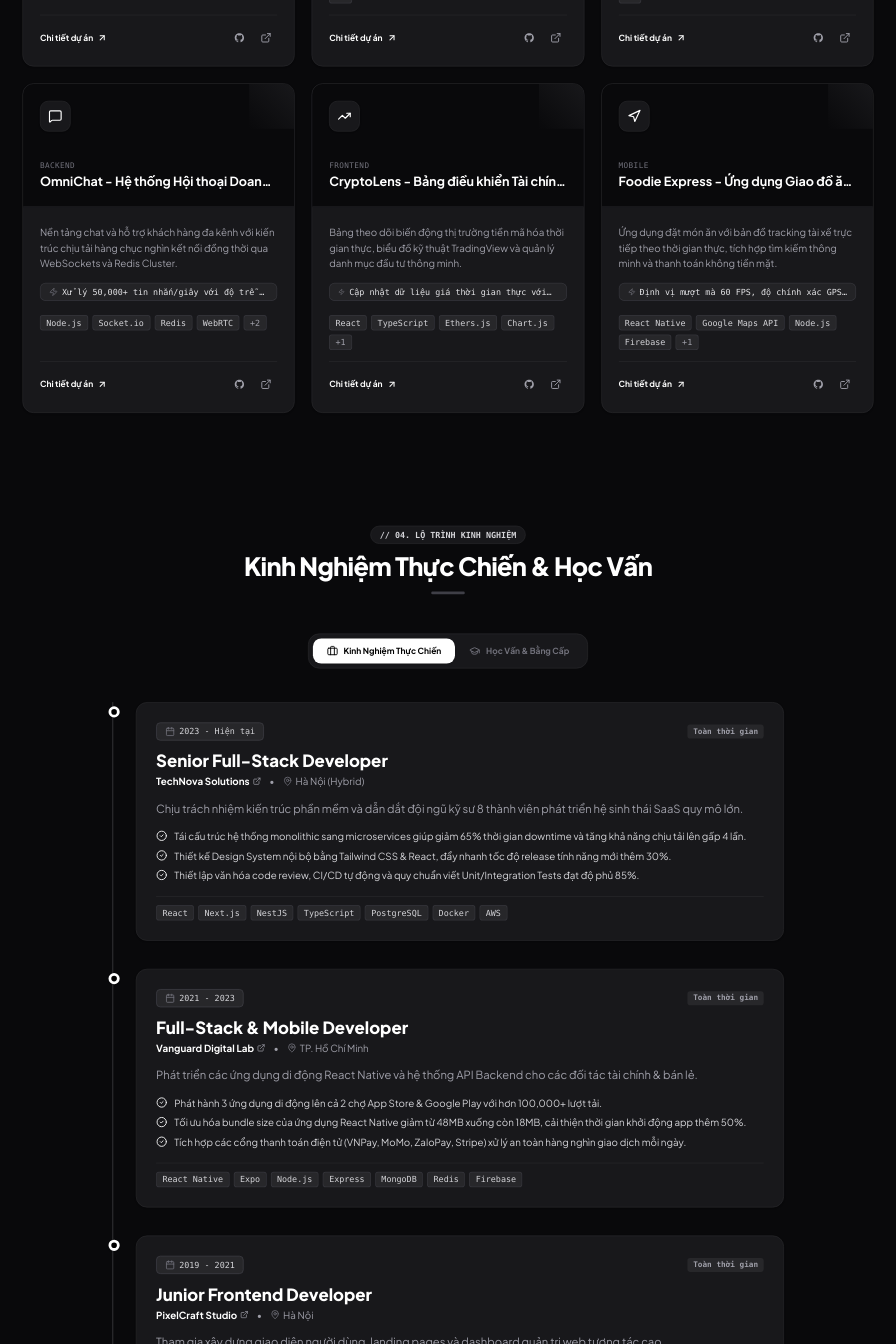
Repository: vancuong2k4/portfolio
Page: /
An editor plug-in stored every save of this project. The page is shown before and after the next save, followed by the edit.
The browser window is 1280 px wide. The pictures show the part of the page from y = 4580 to 6500 px (the page is 8966 px tall), at 70% of full size.
The project was rebuilt for these pictures with package versions that can differ from the ones it lists, and the page was loaded fresh each time. Also part of the build but not shown: vite.config.ts, src/components/ProjectModal.tsx.

Above is the page before, as saved 2026-10-20 00:39:43.

### index.html
<!doctype html>
<html lang="vi" class="dark scroll-smooth">
  <head>
    <meta charset="UTF-8" />
    <link
      rel="icon"
      type="image/svg+xml"
      href="data:[embedded picture, 297 characters]"
    />
    <meta name="viewport" content="width=device-width, initial-scale=1.0" />

    <!-- Primary Meta Tags -->
    <title>TranVanCuong | Full-Stack & Mobile Developer</title>
    <meta
      name="title"
      content="Nguyễn Văn An (Alex) | Senior Full-Stack & Mobile Developer"
    />
    <meta
      name="description"
      content="Portfolio chuyên nghiệp của Nguyễn Văn An (Alex) - Kỹ sư Full-Stack & Mobile chuyên sâu React 19, Next.js 15, React Native, Node.js, NestJS và Cloud Architecture."
    />
    <meta
      name="keywords"
      content="Portfolio, Full-stack developer, React, React Native, Next.js, Node.js, Mobile Developer, Frontend, Backend, lập trình viên"
    />
    <meta name="author" content="Nguyễn Văn An" />

    <!-- Open Graph / Facebook / Zalo -->
    <meta property="og:type" content="website" />
    <meta
      property="og:title"
      content="Nguyễn Văn An (Alex) | Senior Full-Stack & Mobile Developer"
    />
    <meta
      property="og:description"
      content="Khám phá các sản phẩm Web & Mobile hiệu năng cao, các giải pháp SaaS và kinh nghiệm thực chiến."
    />

    <!-- Twitter -->
    <meta property="twitter:card" content="summary_large_image" />
    <meta
      property="twitter:title"
      content="Nguyễn Văn An (Alex) | Senior Full-Stack & Mobile Developer"
    />
    <meta
      property="twitter:description"
      content="Khám phá các sản phẩm Web & Mobile hiệu năng cao, các giải pháp SaaS và kinh nghiệm thực chiến."
    />

    <!-- Google Fonts Preconnect -->
    <link rel="preconnect" href="https://fonts.googleapis.com" />
    <link rel="preconnect" href="https://fonts.gstatic.com" crossorigin />
    <link
      href="https://fonts.googleapis.com/css2?family=Plus+Jakarta+Sans:wght@300;400;500;600;700;800&family=JetBrains+Mono:wght@400;500;600;700&display=swap"
      rel="stylesheet"
    />
  </head>
  <body
    class="bg-white dark:bg-[#09090b] text-zinc-900 dark:text-zinc-100 antialiased selection:bg-black selection:text-white dark:selection:bg-white dark:selection:text-black"
  >
    <div id="root"></div>
    <script type="module" src="/src/main.tsx"></script>
  </body>
</html>

### src/data/portfolioData.ts
import type { Profile, Skill, Project, Experience, Education, Certificate, Testimonial } from '../types'

export const profileData: Profile = {
  name: "Trần Văn Cường",
  nickname: "vancuong2k4",
  avatarUrl: "/avatar.jpg",
  role: "Full-Stack & Mobile Developer",
  titles: [
    "Full-Stack Web Architect",
    "React & React Native Specialist",
    "Node.js & Cloud Engineer",
    "Cross-Platform Mobile Creator",
    "Clean Code & UI/UX Enthusiast"
  ],
  shortBio: "Xây dựng các sản phẩm web & ứng dụng di động hiệu năng cao, trải nghiệm mượt mà từ ý tưởng đến quy mô hàng triệu người dùng.",
  aboutParagraphs: [
    "Tôi là một lập trình viên Full-Stack với hơn 1 năm kinh nghiệm thực chiến trong việc thiết kế, xây dựng và tối ưu các hệ sinh thái ứng dụng web và di động hiện đại.",
    "Thế mạnh của tôi nằm ở sự kết hợp giữa tư duy sản phẩm nhạy bén, kiến trúc backend chịu tải cao (Node.js/PostgreSQL/Docker) và kỹ năng frontend/mobile tỉ mỉ (React, Next.js, React Native, Tailwind CSS, TypeScript).",
    "Tôi luôn theo đuổi phương châm: Code sạch, kiến trúc dễ mở rộng, và tối đa hóa trải nghiệm của người dùng cuối."
  ],
  status: "Sẵn sàng đón nhận cơ hội mới (Full-time / Freelance)",
  location: "TP. Hồ Chí Minh (Hỗ trợ Remote)",
  email: "cuongtran190404@gmail.com",
  phone: "+84 326 570 425",
  github: "https://github.com/vancuong2k4",
  linkedin: "https://linkedin.com/in/tranvancuong",
  telegram: "https://t.me/vancuong",
  cvUrl: "#resume",
  stats: {
    yearsExperience: 1,
    projectsCompleted: 20,
    technologiesMastered: 14,
    commitsLastYear: 222
  }
}

export const skillsData: Skill[] = [
  // Frontend
  { name: "React", category: "frontend", iconName: "Atom", level: 95, highlight: true, description: "Hooks, Server Components, State Management" },
  { name: "Next.js", category: "frontend", iconName: "Globe", level: 92, highlight: true, description: "SSR, SSG, SEO, Edge Runtime" },
  { name: "TypeScript", category: "frontend", iconName: "FileCode", level: 94, highlight: true, description: "Type Safety, Generics, OOP & Functional" },
  { name: "Tailwind CSS", category: "frontend", iconName: "Palette", level: 96, highlight: true, description: "Responsive, Modern UI, Custom Design System" },
  { name: "Vue.js / Nuxt", category: "frontend", iconName: "Layers", level: 82, description: "Composition API, Pinia, Component Architecture" },
  { name: "Framer Motion", category: "frontend", iconName: "Sparkles", level: 88, description: "Interactive Animations, Micro-interactions" },

  // Mobile
  { name: "React Native", category: "mobile", iconName: "Smartphone", level: 92, highlight: true, description: "Expo, Bare Workflow, Native Modules, Animations" },
  { name: "Flutter / Dart", category: "mobile", iconName: "Zap", level: 80, description: "Cross-platform Mobile, Riverpod, BLoC" },
  { name: "iOS & Android Build", category: "mobile", iconName: "Cpu", level: 84, description: "App Store, Google Play, Fastlane CI/CD" },

  // Backend
  { name: "Node.js & Express", category: "backend", iconName: "Server", level: 93, highlight: true, description: "Event Loop, RESTful API, Microservices" },
  { name: "NestJS", category: "backend", iconName: "ShieldCheck", level: 88, highlight: true, description: "Enterprise Architecture, Dependency Injection" },
  { name: "Python / FastAPI", category: "backend", iconName: "Terminal", level: 82, description: "High-speed APIs, Data Processing, AI Integration" },
  { name: "GraphQL & REST", category: "backend", iconName: "Network", level: 89, description: "Apollo Server, Schema Design, Rate Limiting" },
  { name: "WebSockets / Socket.io", category: "backend", iconName: "Radio", level: 90, description: "Realtime Chat, Live Notification, Streaming" },

  // Database
  { name: "PostgreSQL", category: "database", iconName: "Database", level: 90, highlight: true, description: "Indexing, Query Optimization, Prisma / TypeORM" },
  { name: "MongoDB", category: "database", iconName: "FolderGit2", level: 88, description: "NoSQL Modeling, Aggregation Pipelines" },
  { name: "Redis", category: "database", iconName: "Flame", level: 86, description: "In-memory Caching, Pub/Sub, Session Store" },
  { name: "Supabase & Firebase", category: "database", iconName: "CloudSun", level: 90, description: "Auth, Realtime DB, Storage, Edge Functions" },

  // DevOps & Tools
  { name: "Docker & Container", category: "devops", iconName: "Box", level: 87, highlight: true, description: "Multi-stage builds, Docker Compose, Microservices" },
  { name: "Git & GitHub Actions", category: "devops", iconName: "GitBranch", level: 94, description: "CI/CD Pipelines, Automated Testing, Branching Strategy" },
  { name: "AWS & Cloudflare", category: "devops", iconName: "Cloud", level: 84, description: "S3, EC2, CloudFront, Lambda, Edge Workers" },
  { name: "Linux / Nginx", category: "devops", iconName: "Terminal", level: 85, description: "Server Configuration, Reverse Proxy, SSL" }
]

export const projectsData: Project[] = [
  {
    id: "zenith-saas",
    title: "Zenith Cloud - Nền tảng Quản trị Doanh nghiệp AI",
    category: "fullstack",
    subtitle: "SaaS Platform với AI Analytics & Real-time Collaboration",
    description: "Hệ thống quản lý công việc và tự động hóa quy trình cho đội ngũ với trợ lý ảo AI và bảng điều khiển trực quan thời gian thực.",
    fullDescription: "Zenith Cloud là nền tảng quản trị công việc toàn diện theo kiến trúc Micro-frontend kết hợp Backend NestJS và PostgreSQL. Tích hợp AI phân tích năng suất, realtime collaborative board qua WebSocket và thanh toán Stripe đa tiền tệ.",
    tags: ["React", "Next.js", "NestJS", "PostgreSQL", "Tailwind CSS", "OpenAI API", "Docker"],
    metrics: "Tăng 45% năng suất đội ngũ, hỗ trợ 10,000+ active users",
    liveUrl: "https://example.com/demo-zenith",
    githubUrl: "https://github.com/your-username/zenith-cloud",
    featured: true,
    gradient: "from-blue-600 via-indigo-600 to-violet-600",
    iconName: "LayoutDashboard",
    features: [
      "Bảng điều khiển Kanban thời gian thực với drag-and-drop mượt mà",
      "Trợ lý AI tự động tóm tắt cuộc họp và phân công nhiệm vụ",
      "Hệ thống phân quyền RBAC đa cấp độ (Admin, Manager, Member)",
      "Tích hợp cổng thanh toán Stripe và webhook tự động kích hoạt tài khoản"
    ],
    architecture: [
      "Frontend: Next.js App Router, Tailwind CSS, Zustand, Shadcn UI",
      "Backend: NestJS microservices, RabbitMQ message broker",
      "Database: PostgreSQL with Prisma ORM, Redis for caching & rate limiting",
      "DevOps: Docker containers, deployed on AWS ECS with GitHub Actions CI/CD"
    ]
  },
  {
    id: "fitpulse-mobile",
    title: "FitPulse - Ứng dụng Huấn luyện Thể thao Thông minh",
    category: "mobile",
    subtitle: "React Native & AI Computer Vision Fitness Tracker",
    description: "Ứng dụng di động theo dõi lộ trình tập luyện cá nhân hóa, nhận diện động tác tập luyện qua camera và đồng bộ Apple Health / Google Fit.",
    fullDescription: "FitPulse là ứng dụng di động đa nền tảng (iOS & Android) được xây dựng bằng React Native. Ứng dụng cung cấp bài tập cá nhân hóa dựa trên AI, theo dõi nhịp tim qua kết nối BLE (Bluetooth Low Energy) và cộng đồng giao lưu xã hội.",
    tags: ["React Native", "Expo", "TypeScript", "Node.js", "Supabase", "HealthKit"],
    metrics: "4.8★ trên App Store với hơn 25,000+ lượt tải",
    liveUrl: "https://example.com/demo-fitpulse",
    githubUrl: "https://github.com/your-username/fitpulse-mobile",
    featured: true,
    gradient: "from-emerald-500 via-teal-600 to-cyan-600",
    iconName: "Activity",
    features: [
      "Hơn 300+ bài tập hoạt họa 3D chất lượng cao với hướng dẫn chi tiết",
      "Đồng bộ hai chiều với Apple HealthKit và Google Health Connect",
      "Chế độ ngoại tuyến (Offline-first) với WatermelonDB",
      "Bảng xếp hạng bạn bè và thông báo đẩy (Push Notifications) giữ lửa tập luyện"
    ],
    architecture: [
      "Client: React Native (Expo SDK 52), Reanimated 3, Redux Toolkit",
      "Backend: Node.js serverless functions trên Supabase Edge",
      "Storage: Supabase PostgreSQL & S3 media storage",
      "Notifications: OneSignal push notification integration"
    ]
  },
  {
    id: "nova-ecommerce",
    title: "Nova Fashion - Sàn Thương mại Điện tử Đa kênh",
    category: "fullstack",
    subtitle: "Headless E-Commerce Siêu Tốc Độ & Trải nghiệm Mua sắm 3D",
    description: "Sàn thương mại điện tử thời trang với công nghệ Headless Commerce, tốc độ load dưới 0.8s, tích hợp thử đồ AR và thanh toán VNPay, MoMo.",
    fullDescription: "Giải pháp thương mại điện tử thế hệ mới giải quyết bài toán tải trang chậm của các shop online truyền thống. Điểm số Google Lighthouse đạt 99/100, hỗ trợ tìm kiếm ngữ nghĩa thông minh và giỏ hàng thời gian thực.",
    tags: ["Next.js", "TypeScript", "Tailwind CSS", "Redis", "VNPay / MoMo API", "Stripe"],
    metrics: "Tốc độ tải trang 0.8s, tỉ lệ chuyển đổi tăng 32%",
    liveUrl: "https://example.com/demo-nova",
    githubUrl: "https://github.com/your-username/nova-ecommerce",
    featured: true,
    gradient: "from-amber-500 via-orange-600 to-rose-600",
    iconName: "ShoppingBag",
    features: [
      "Tối ưu Core Web Vitals tối đa, hỗ trợ Incremental Static Regeneration (ISR)",
      "Tích hợp cổng thanh toán nội địa (VNPay, MoMo) & quốc tế (Stripe, PayPal)",
      "Bộ lọc sản phẩm đa tiêu chí tức thì (Faceted search) không giật lag",
      "Hệ thống quản lý kho hàng và đồng bộ đơn hàng tự động"
    ],
    architecture: [
      "Frontend: Next.js 14, Tailwind CSS, Framer Motion",
      "Backend: Node.js / Express micro-api, Redis Cache",
      "Database: MongoDB with Mongoose, MeiliSearch for lightning search"
    ]
  },
  {
    id: "omnichat-realtime",
    title: "OmniChat - Hệ thống Hội thoại Doanh nghiệp Realtime",
    category: "backend",
    subtitle: "High-concurrency Real-time Chat Engine",
    description: "Nền tảng chat và hỗ trợ khách hàng đa kênh với kiến trúc chịu tải hàng chục nghìn kết nối đồng thời qua WebSockets và Redis Cluster.",
    fullDescription: "OmniChat cung cấp giải pháp liên lạc nội bộ và CSKH cho các tổ chức. Hệ thống mã hóa đầu cuối (E2EE), chia sẻ tập tin tức thì, cuộc gọi thoại WebRTC và bot tự động phản hồi 24/7.",
    tags: ["Node.js", "Socket.io", "Redis", "WebRTC", "PostgreSQL", "Docker"],
    metrics: "Xử lý 50,000+ tin nhắn/giây với độ trễ < 30ms",
    liveUrl: "https://example.com/demo-omnichat",
    githubUrl: "https://github.com/your-username/omnichat-engine",
    featured: false,
    gradient: "from-cyan-500 via-blue-600 to-indigo-700",
    iconName: "MessageSquare",
    features: [
      "Kết nối liên tục hai chiều với cơ chế tự phục hồi kết nối (Auto reconnect)",
      "Hỗ trợ cuộc gọi video / audio chất lượng cao qua WebRTC P2P",
      "Mã hóa tin nhắn End-to-End Encryption (E2EE)",
      "Lưu trữ lịch sử chat phân trang vô tận (Infinite scrolling)"
    ],
    architecture: [
      "Socket Server: Node.js Cluster with Socket.io Redis Adapter",
      "Database: ScyllaDB / PostgreSQL for message persistence",
      "Media: AWS S3 + CloudFront CDN for encrypted attachments"
    ]
  },
  {
    id: "crypto-lens",
    title: "CryptoLens - Bảng điều khiển Tài chính Web3 & DEX",
    category: "frontend",
    subtitle: "Interactive Crypto Analytics & Portfolio Dashboard",
    description: "Bảng theo dõi biến động thị trường tiền mã hóa thời gian thực, biểu đồ kỹ thuật TradingView và quản lý danh mục đầu tư thông minh.",
    fullDescription: "Ứng dụng web hiển thị dữ liệu tài chính trực quan với đồ thị tương tác cao. Kết nối ví Web3 (Metamask, Phantom) để theo dõi số dư ví on-chain và cảnh báo biến động giá qua Telegram bot.",
    tags: ["React", "TypeScript", "Ethers.js", "Chart.js", "Tailwind CSS"],
    metrics: "Cập nhật dữ liệu giá thời gian thực với hơn 15 sàn giao dịch",
    liveUrl: "https://example.com/demo-cryptolens",
    githubUrl: "https://github.com/your-username/crypto-lens",
    featured: false,
    gradient: "from-purple-600 via-pink-600 to-red-500",
    iconName: "TrendingUp",
    features: [
      "Biểu đồ hình nến tương tác đầy đủ chỉ báo (RSI, MACD, MA)",
      "Kết nối ví Web3 đa chuỗi (Ethereum, BSC, Solana, Polygon)",
      "Tính toán lãi/lỗ (P&L) tự động theo thời gian thực",
      "Giao diện Dark Mode chuẩn tài chính hiện đại"
    ],
    architecture: [
      "Frontend: React with Vite, Tailwind CSS, Lucide Icons",
      "Data Feed: Binance WebSocket Streams & CoinGecko API"
    ]
  },
  {
    id: "foodie-delivery",
    title: "Foodie Express - Ứng dụng Giao đồ ăn & Định vị Trực tiếp",
    category: "mobile",
    subtitle: "React Native Food Delivery App with Live Driver GPS",
    description: "Ứng dụng đặt món ăn với bản đồ tracking tài xế trực tiếp theo thời gian thực, tích hợp tìm kiếm thông minh và thanh toán không tiền mặt.",
    fullDescription: "Hệ thống bao gồm ứng dụng cho khách hàng và ứng dụng cho tài xế. Tối ưu hóa thuật toán định vị GPS để tiết kiệm pin tối đa, cập nhật lộ trình di chuyển mượt mà trên bản đồ Google Maps.",
    tags: ["React Native", "Google Maps API", "Node.js", "Firebase", "Redux"],
    metrics: "Định vị mượt mà 60 FPS, độ chính xác GPS sai số < 5m",
    liveUrl: "https://example.com/demo-foodie",
    githubUrl: "https://github.com/your-username/foodie-express",
    featured: false,
    gradient: "from-yellow-500 via-amber-600 to-red-600",
    iconName: "Navigation",
    features: [
      "Bản đồ tương tác với icon tài xế di chuyển mượt mà theo góc xoay",
      "Hệ thống gợi ý món ăn theo vị trí và thói quen sở thích",
      "Thông báo trạng thái đơn hàng: Đang chuẩn bị -> Đang giao -> Đã tới nơi",
      "Đánh giá và tip tài xế tiện lợi"
    ],
    architecture: [
      "Mobile: React Native, React Native Maps, Reanimated",
      "Backend: Firebase Cloud Functions & Firestore Realtime DB"
    ]
  }
]

export const experiencesData: Experience[] = [
  {
    id: "exp-1",
    period: "2023 - Hiện tại",
    role: "Senior Full-Stack Developer",
    company: "TechNova Solutions",
    companyUrl: "https://example.com",
    location: "Hà Nội (Hybrid)",
    type: "Toàn thời gian",
    description: "Chịu trách nhiệm kiến trúc phần mềm và dẫn dắt đội ngũ kỹ sư 8 thành viên phát triển hệ sinh thái SaaS quy mô lớn.",
    achievements: [
      "Tái cấu trúc hệ thống monolithic sang microservices giúp giảm 65% thời gian downtime và tăng khả năng chịu tải lên gấp 4 lần.",
      "Thiết kế Design System nội bộ bằng Tailwind CSS & React, đẩy nhanh tốc độ release tính năng mới thêm 30%.",
      "Thiết lập văn hóa code review, CI/CD tự động và quy chuẩn viết Unit/Integration Tests đạt độ phủ 85%."
    ],
    technologies: ["React", "Next.js", "NestJS", "TypeScript", "PostgreSQL", "Docker", "AWS"]
  },
  {
    id: "exp-2",
    period: "2021 - 2023",
    role: "Full-Stack & Mobile Developer",
    company: "Vanguard Digital Lab",
    companyUrl: "https://example.com",
    location: "TP. Hồ Chí Minh",
    type: "Toàn thời gian",
    description: "Phát triển các ứng dụng di động React Native và hệ thống API Backend cho các đối tác tài chính & bán lẻ.",
    achievements: [
      "Phát hành 3 ứng dụng di động lên cả 2 chợ App Store & Google Play với hơn 100,000+ lượt tải.",
      "Tối ưu hóa bundle size của ứng dụng React Native giảm từ 48MB xuống còn 18MB, cải thiện thời gian khởi động app thêm 50%.",
      "Tích hợp các cổng thanh toán điện tử (VNPay, MoMo, ZaloPay, Stripe) xử lý an toàn hàng nghìn giao dịch mỗi ngày."
    ],
    technologies: ["React Native", "Expo", "Node.js", "Express", "MongoDB", "Redis", "Firebase"]
  },
  {
    id: "exp-3",
    period: "2019 - 2021",
    role: "Junior Frontend Developer",
    company: "PixelCraft Studio",
    companyUrl: "https://example.com",
    location: "Hà Nội",
    type: "Toàn thời gian",
    description: "Tham gia xây dựng giao diện người dùng, landing pages và dashboard quản trị web tương tác cao.",
    achievements: [
      "Chuyển đổi các bản thiết kế Figma phức tạp thành giao diện pixel-perfect, responsive trên mọi kích thước màn hình.",
      "Cải thiện điểm số SEO và Performance cho 15+ website của khách hàng từ mức trung bình lên 90+ trên Google Lighthouse."
    ],
    technologies: ["JavaScript (ES6+)", "React", "HTML5/CSS3", "SASS", "RESTful API", "Git"]
  }
]

export const educationData: Education[] = [
  {
    id: "edu-1",
    period: "2022 - 2026",
    degree: " Công nghệ Thông tin (Khoa học Máy tính)",
    institution: "Đại học Văn Hiến",
    location: "Tp.HCM, Việt Nam",
    description: "Tốt nghiệp loại Khá. Chuyên sâu về Cấu trúc dữ liệu & Giải thuật, Kiến trúc phần mềm và Hệ quản trị cơ sở dữ liệu.",
    achievements: [
      "GPA: 3.1 / 4.0",
      "Học bổng sinh viên ưu tú 2022-2023",
      "Đề tài tốt nghiệp: Xây dựng hệ thống phân tích dữ liệu lớn thời gian thực"
    ]
  }
]

export const certificatesData: Certificate[] = [
  {
    id: "cert-1",
    title: "AWS Certified Solutions Architect – Associate",
    issuer: "Amazon Web Services (AWS)",
    date: "2024",
    badgeText: "AWS SAA-C03",
    verifyUrl: "https://aws.amazon.com/verification"
  },
  {
    id: "cert-2",
    title: "Meta Professional Front-End Developer",
    issuer: "Meta & Coursera",
    date: "2023",
    badgeText: "Meta Certified",
    verifyUrl: "https://coursera.org/verify"
  },
  {
    id: "cert-3",
    title: "Certified Kubernetes Application Developer (CKAD)",
    issuer: "The Linux Foundation",
    date: "2023",
    badgeText: "CKAD",
    verifyUrl: "https://linuxfoundation.org"
  }
]

export const testimonialsData: Testimonial[] = [
  {
    id: "test-1",
    name: "Trần Minh Quân",
    role: "CTO / Head of Engineering",
    company: "TechNova Solutions",
    avatarGradient: "from-blue-500 to-indigo-600",
    content: "An là một kỹ sư full-stack hiếm hoi có cả tư duy kiến trúc hệ thống vững vàng lẫn sự nhạy bén về trải nghiệm người dùng. Những giải pháp cậu ấy đưa ra luôn tối ưu, sạch sẽ và giải quyết triệt để vấn đề tải của sản phẩm."
  },
  {
    id: "test-2",
    name: "Sarah Jenkins",
    role: "Product Manager",
    company: "Vanguard Digital Lab",
    avatarGradient: "from-purple-500 to-pink-600",
    content: "Làm việc cùng An là một trải nghiệm tuyệt vời. Cậu ấy không chỉ viết code nhanh mà còn chủ động đóng góp ý kiến để hoàn thiện tính năng sản phẩm tốt hơn cả bản thiết kế ban đầu."
  },
  {
    id: "test-3",
    name: "Lê Hoàng Long",
    role: "Senior Mobile Architect",
    company: "FinTech Global",
    avatarGradient: "from-emerald-500 to-teal-600",
    content: "Khả năng tối ưu hiệu năng React Native và thiết kế animations của An thực sự đẳng cấp. Ứng dụng sau khi qua tay An mượt mà 60 FPS trên cả những thiết bị cấu hình thấp."
  }
]

Loaded but not shown: src/main.tsx (common file); src/components/Hero.tsx (291 lines, source omitted); src/components/Contact.tsx (291 lines, source omitted); src/components/About.tsx (242 lines, source omitted); src/components/Projects.tsx (209 lines, source omitted); src/components/Experience.tsx (176 lines, source omitted); src/components/Navbar.tsx (190 lines, source omitted); src/components/Skills.tsx (171 lines, source omitted); src/components/Testimonials.tsx (114 lines, source omitted); src/components/Footer.tsx (107 lines, source omitted); src/index.css (77 lines, source omitted); src/components/SocialIcons.tsx (27 lines, source omitted); src/components/BackgroundEffects.tsx (42 lines, source omitted); src/App.tsx (42 lines, source omitted); src/context/ThemeContext.tsx (46 lines, source omitted)

After the next save:
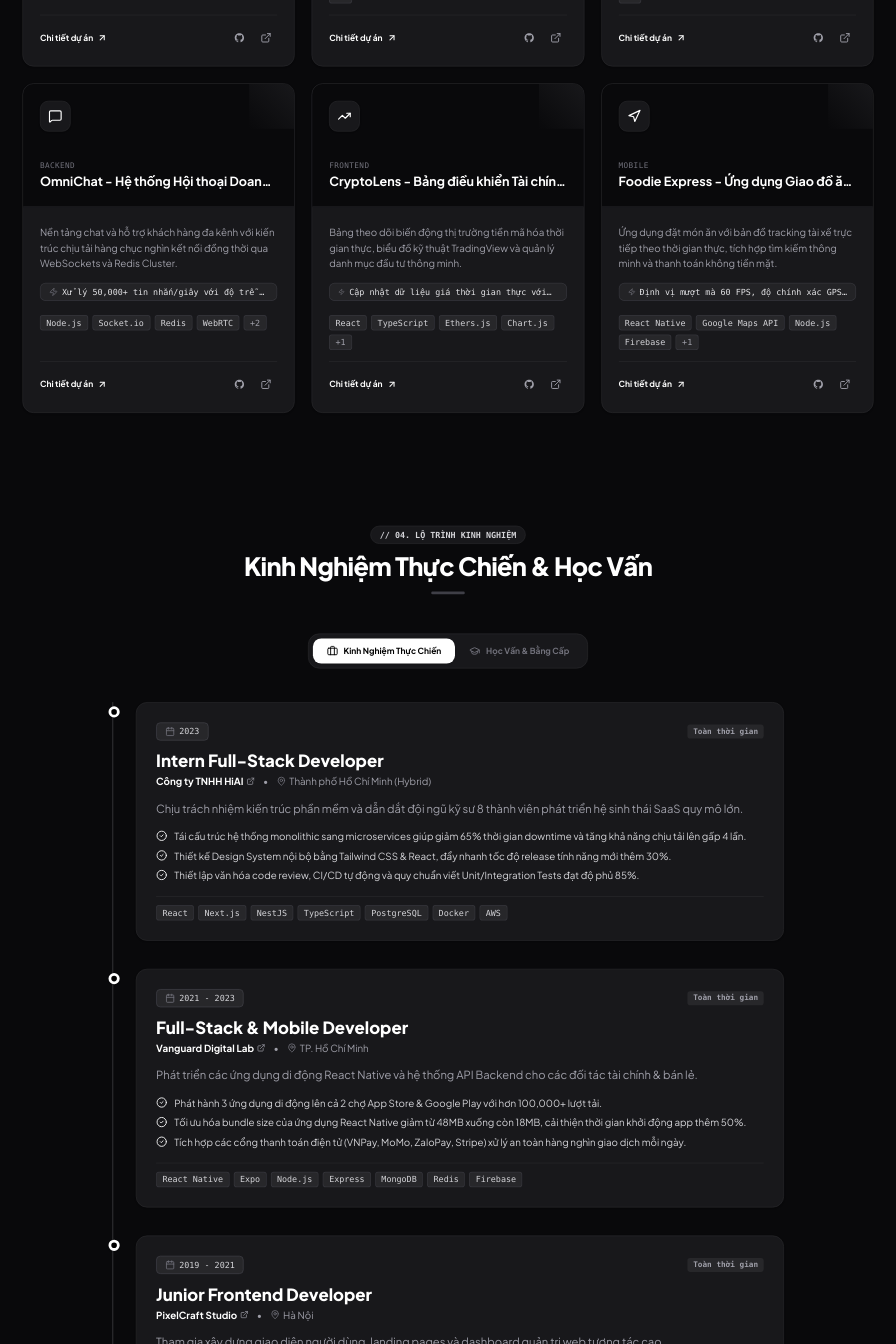
Saved 6 min 18 s later.
--- a/src/data/portfolioData.ts
+++ b/src/data/portfolioData.ts
@@ -230,11 +230,11 @@ export const projectsData: Project[] = [
 export const experiencesData: Experience[] = [
   {
     id: "exp-1",
-    period: "2023 - Hiện tại",
-    role: "Senior Full-Stack Developer",
-    company: "TechNova Solutions",
-    companyUrl: "https://example.com",
-    location: "Hà Nội (Hybrid)",
+    period: "2023",
+    role: "Intern Full-Stack Developer",
+    company: "Công ty TNHH HiAI",
+    companyUrl: "https://hiai.com",
+    location: "Thành phố Hồ Chí Minh (Hybrid)",
     type: "Toàn thời gian",
     description: "Chịu trách nhiệm kiến trúc phần mềm và dẫn dắt đội ngũ kỹ sư 8 thành viên phát triển hệ sinh thái SaaS quy mô lớn.",
     achievements: [
